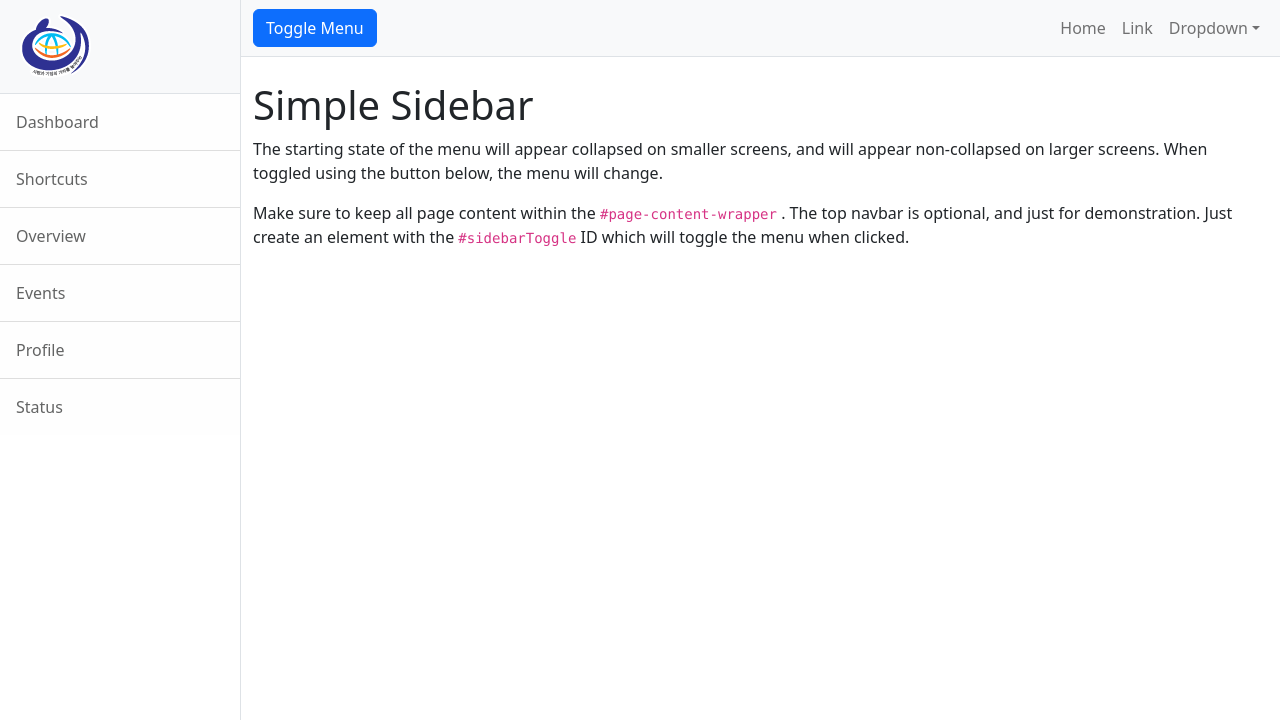
Repository: honsb91/Study_Spring
Page: http://localhost/02.Smart/WEB-INF/views/layout.jsp
These files come from the project's save history. The page is drawn as it stood at one moment and after the next save; the edit follows.
The browser window is 1280 px wide. The pictures show the whole page.
The page is served by Tomcat 9. Nobody is signed in. Other server files are loaded and not shown. The template is opened directly, without the code that normally fills it, so the values that code supplies are empty.

Above is the page before, as saved 2023-12-21 02:32:33.

### WorkSpace/02.Smart/src/main/webapp/WEB-INF/views/layout.jsp
<%@ page language="java" contentType="text/html; charset=UTF-8"
	pageEncoding="UTF-8"%>
<%@ taglib uri="http://java.sun.com/jsp/jstl/core" prefix="c"%>
<!DOCTYPE html>
<html>
<body>
<head>
<meta charset="utf-8" />
<meta name="viewport"
	content="width=device-width, initial-scale=1, shrink-to-fit=no" />
<meta name="description" content="" />
<meta name="author" content="" />
<title>Simple Sidebar - Start Bootstrap Template</title>
<!-- Favicon-->
<link rel="icon" type="image/x-icon" href="img/hanul.ico" />
<!-- Core theme CSS (includes Bootstrap)-->
<link href="css/styles.css" rel="stylesheet" />
</head>
<body>
	<div class="d-flex" id="wrapper">
		<!-- Sidebar-->
		<div class="border-end bg-white" id="sidebar-wrapper">
			<div class="sidebar-heading border-bottom bg-light">
				<img src="img/hanul.logo.png">
			</div>
			<div class="list-group list-group-flush">
				<a
					class="list-group-item list-group-item-action list-group-item-light p-3"
					href="#!">Dashboard</a> <a
					class="list-group-item list-group-item-action list-group-item-light p-3"
					href="#!">Shortcuts</a> <a
					class="list-group-item list-group-item-action list-group-item-light p-3"
					href="#!">Overview</a> <a
					class="list-group-item list-group-item-action list-group-item-light p-3"
					href="#!">Events</a> <a
					class="list-group-item list-group-item-action list-group-item-light p-3"
					href="#!">Profile</a> <a
					class="list-group-item list-group-item-action list-group-item-light p-3"
					href="#!">Status</a>
			</div>
		</div>
		<!-- Page content wrapper-->
		<div id="page-content-wrapper">
			<!-- Top navigation-->
			<nav
				class="navbar navbar-expand-lg navbar-light bg-light border-bottom">
				<div class="container-fluid">
					<button class="btn btn-primary" id="sidebarToggle">Toggle
						Menu</button>
					<button class="navbar-toggler" type="button"
						data-bs-toggle="collapse" data-bs-target="#navbarSupportedContent"
						aria-controls="navbarSupportedContent" aria-expanded="false"
						aria-label="Toggle navigation">
						<span class="navbar-toggler-icon"></span>
					</button>
					<div class="collapse navbar-collapse" id="navbarSupportedContent">
						<ul class="navbar-nav ms-auto mt-2 mt-lg-0">
							<li class="nav-item active"><a class="nav-link" href="#!">Home</a></li>
							<li class="nav-item"><a class="nav-link" href="#!">Link</a></li>
							<li class="nav-item dropdown"><a
								class="nav-link dropdown-toggle" id="navbarDropdown" href="#"
								role="button" data-bs-toggle="dropdown" aria-haspopup="true"
								aria-expanded="false">Dropdown</a>
								<div class="dropdown-menu dropdown-menu-end"
									aria-labelledby="navbarDropdown">
									<a class="dropdown-item" href="#!">Action</a> <a
										class="dropdown-item" href="#!">Another action</a>
									<div class="dropdown-divider"></div>
									<a class="dropdown-item" href="#!">Something else here</a>
								</div></li>
						</ul>
					</div>
				</div>
			</nav>
			<!-- Page content-->
			<div class="container-fluid">
				<h1 class="mt-4">Simple Sidebar</h1>
				<p>The starting state of the menu will appear collapsed on
					smaller screens, and will appear non-collapsed on larger screens.
					When toggled using the button below, the menu will change.</p>
				<p>
					Make sure to keep all page content within the
					<code>#page-content-wrapper</code>
					. The top navbar is optional, and just for demonstration. Just
					create an element with the
					<code>#sidebarToggle</code>
					ID which will toggle the menu when clicked.
				</p>
			</div>
		</div>
	</div>
	<!-- Bootstrap core JS-->
	<script
		src="https://cdn.jsdelivr.net/npm/bootstrap@5.2.3/dist/js/bootstrap.bundle.min.js"></script>
	<!-- Core theme JS-->
	<script src="js/scripts.js"></script>
</body>
</body>

</html>

### WorkSpace/02.Smart/src/main/webapp/resources/js/scripts.js
/*!
* Start Bootstrap - Simple Sidebar v6.0.6 (https://startbootstrap.com/template/simple-sidebar)
* Copyright 2013-2023 Start Bootstrap
* Licensed under MIT (https://github.com/StartBootstrap/startbootstrap-simple-sidebar/blob/master/LICENSE)
*/
//
// Scripts
//

window.addEventListener('DOMContentLoaded', event => {

    // Toggle the side navigation
    const sidebarToggle = document.body.querySelector('#sidebarToggle');
    if (sidebarToggle) {
        // Uncomment Below to persist sidebar toggle between refreshes
        // if (localStorage.getItem('sb|sidebar-toggle') === 'true') {
        //     document.body.classList.toggle('sb-sidenav-toggled');
        // }
        sidebarToggle.addEventListener('click', event => {
            event.preventDefault();
            document.body.classList.toggle('sb-sidenav-toggled');
            localStorage.setItem('sb|sidebar-toggle', document.body.classList.contains('sb-sidenav-toggled'));
        });
    }

});

Loaded but not shown: WorkSpace/02.Smart/src/main/webapp/resources/css/styles.css (library)

After the next save:
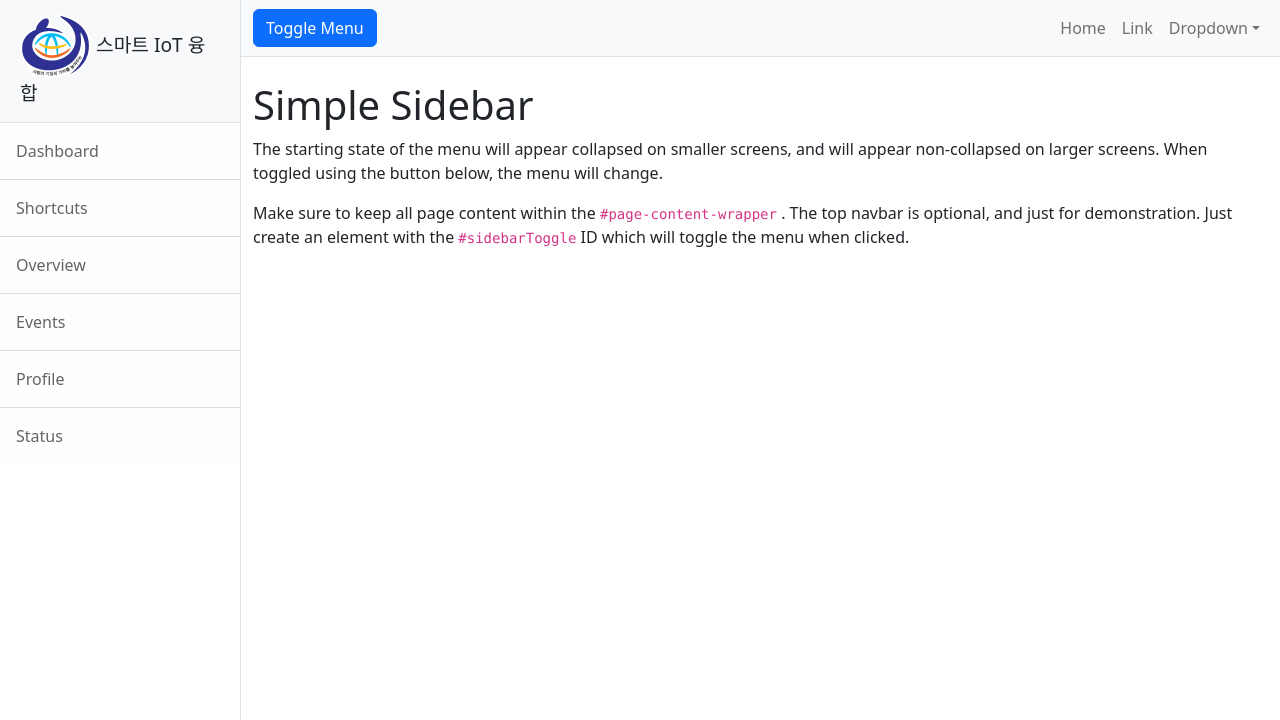
Saved 22 s later.
--- a/WorkSpace/02.Smart/src/main/webapp/WEB-INF/views/layout.jsp
+++ b/WorkSpace/02.Smart/src/main/webapp/WEB-INF/views/layout.jsp
@@ -22,6 +22,7 @@
 		<div class="border-end bg-white" id="sidebar-wrapper">
 			<div class="sidebar-heading border-bottom bg-light">
 				<img src="img/hanul.logo.png">
+				<span>스마트 IoT 융합</span>
 			</div>
 			<div class="list-group list-group-flush">
 				<a
